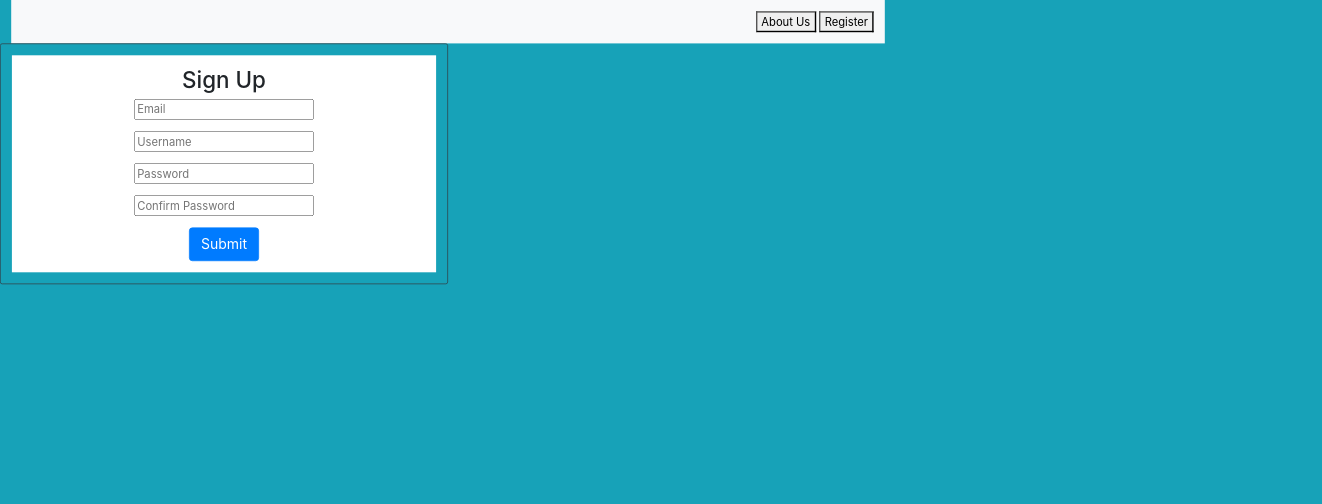
Repository: rodwestmoreland/1150
Page: registrationForm/index.html
An editor plug-in stored every save of this project. The page is shown before and after the next save, followed by the edit.
The browser window is 1280 px wide. The page is 1280 px wide, then 1889 px, so the pictures cover 1889 px, including what lies to the right of the window. The pictures show the part of the page from y = 0 to 1280 px (the page is 720 px tall before and 3645 px after), at 70% of full size.

Above is the page before, as saved 2021-01-25 15:21:05.

### registrationForm/index.html
<!DOCTYPE html>
<html lang="en">
<head>
    <meta charset="UTF-8">
    <meta name="viewport" content="width=device-width, initial-scale=1.0,  shrink-to-fit=no">
    <title>Registration</title>
    <link rel="stylesheet" href="https://stackpath.bootstrapcdn.com/bootstrap/4.3.1/css/bootstrap.min.css" integrity="sha384-ggOyR0iXCbMQv3Xipma34MD+dH/1fQ784/j6cY/iJTQUOhcWr7x9JvoRxT2MZw1T" crossorigin="anonymous">
    <link rel="stylesheet" href="style.css">

</head>
<nav class="bg-light p-3 ml-3 mr-3 text-right">
    <button>About Us    </button>
    <button>Register    </button>
</nav>
<body class="bg-info">

    <div class="formMOVE justify-content-center align-items-center  ">

    <form class="bg-info text-center border w-50 p-3 border-dark rounded-sm ">

<div class="formFace p-3">

        <h2>Sign Up</h2>

    <div class="form-group">
        <input type="text" id="email"    placeholder="Email">

    </div>

    <div class="form-group">
        <input type="text" id="username" placeholder="Username">

    </div>
    <div class="form-group">

        <input type="text" id="password" placeholder="Password">
    </div>

    <div class="form-group">

        <input type="text" id="confirm"  placeholder="Confirm Password">
    </div>
            <button type="submit" class="btn btn-primary btn-lg" name="Submit">Submit</button>
</div>
</form>
</div>




    <script src="https://code.jquery.com/jquery-3.3.1.slim.min.js" integrity="sha384-q8i/X+965DzO0rT7abK41JStQIAqVgRVzpbzo5smXKp4YfRvH+8abtTE1Pi6jizo" crossorigin="anonymous"></script>
    <script src="https://cdnjs.cloudflare.com/ajax/libs/popper.js/1.14.7/umd/popper.min.js" integrity="sha384-UO2eT0CpHqdSJQ6hJty5KVphtPhzWj9WO1clHTMGa3JDZwrnQq4sF86dIHNDz0W1" crossorigin="anonymous"></script>
    <script src="https://stackpath.bootstrapcdn.com/bootstrap/4.3.1/js/bootstrap.min.js" integrity="sha384-JjSmVgyd0p3pXB1rRibZUAYoIIy6OrQ6VrjIEaFf/nJGzIxFDsf4x0xIM+B07jRM" crossorigin="anonymous"></script>
  </body>
</body>
</html>

### registrationForm/style.css
.formFace {
    padding: 10px 0;
    background-color: #fff;
  }
formMOVE{
    margin: 100em 100em 100em 100em;
}

After the next save:
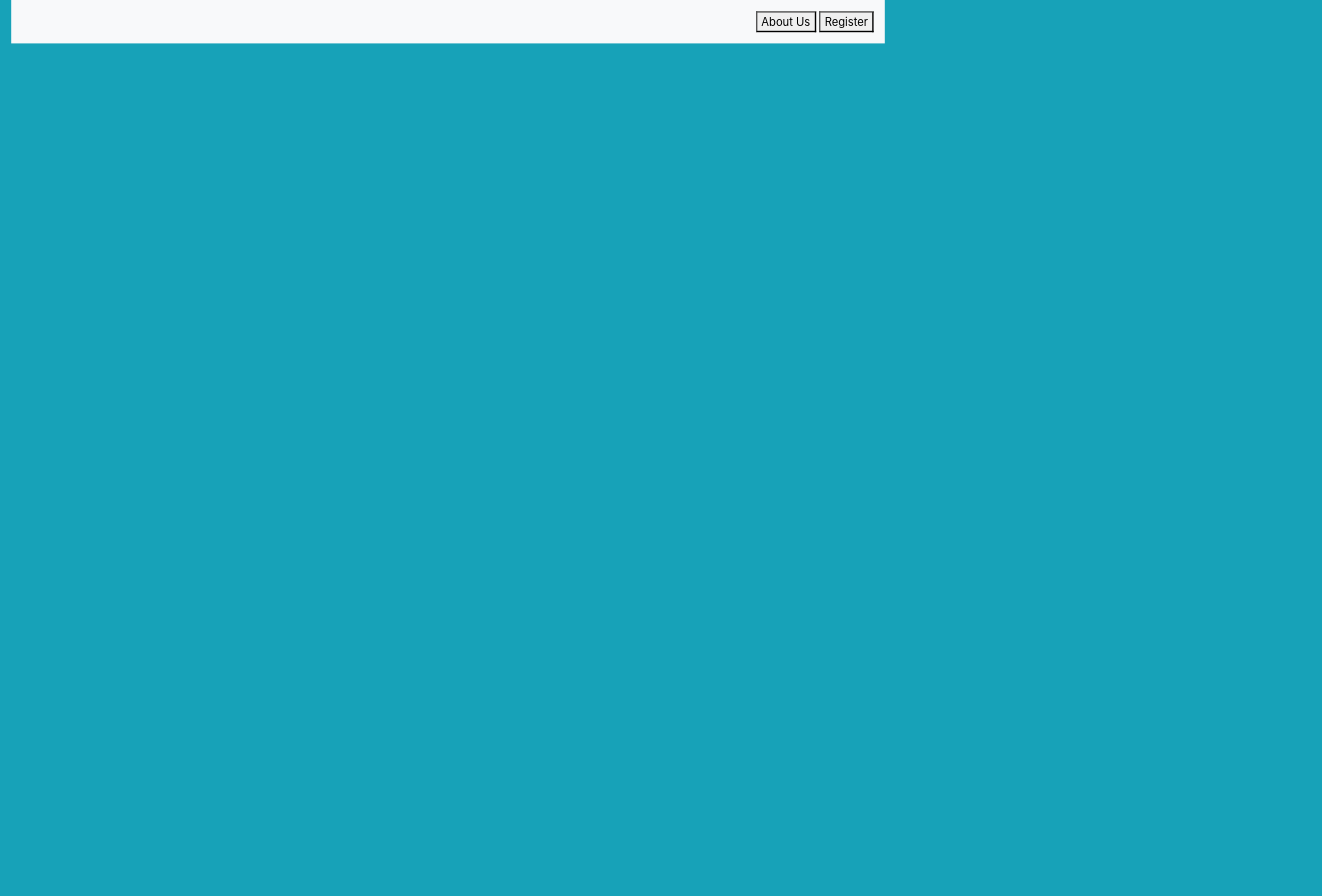
Saved 33 s later.
--- a/registrationForm/style.css
+++ b/registrationForm/style.css
@@ -2,6 +2,6 @@
     padding: 10px 0;
     background-color: #fff;
   }
-formMOVE{
+.formMOVE{
     margin: 100em 100em 100em 100em;
 }
